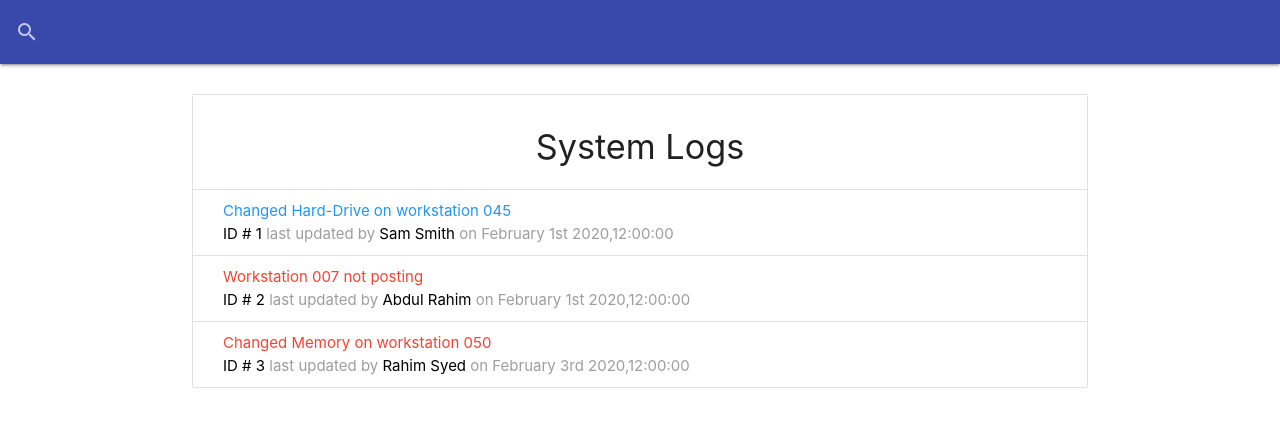
Repository: syedabdulrahim/IT_Logger
Page: /
The author's editor kept a copy of each file at every save. The page is drawn from the files as they stood at one save, then again after the next save.
The browser window is 1280 px wide. The pictures show the whole page.
The project was rebuilt for these pictures with package versions that can differ from the ones it lists, and the page was loaded fresh each time. Requests to the local data server were answered from the project's data file. Also part of the build but not shown: src/App.css.

Above is the page before, as saved 2020-10-29 23:55:27.

After the next save:
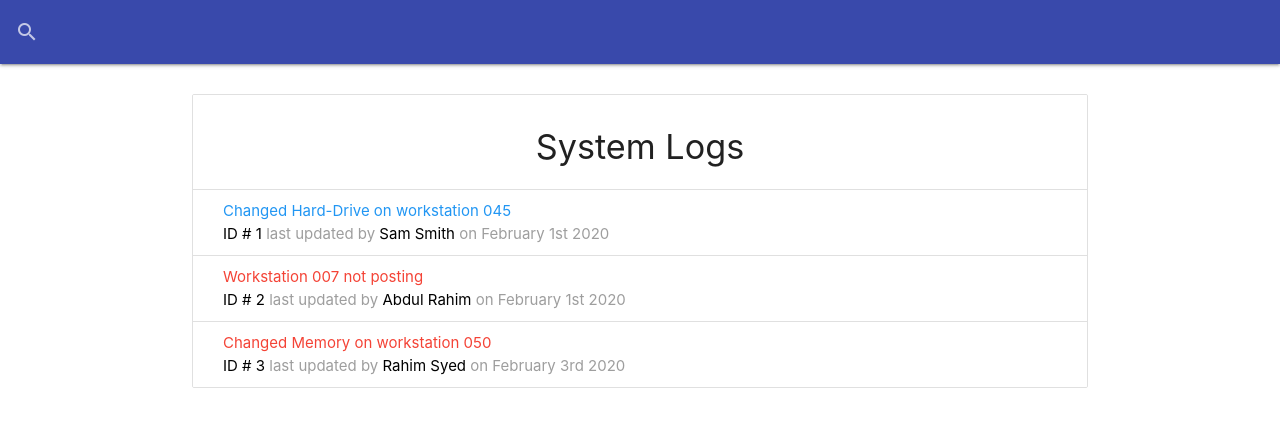
Saved 2 min 24 s later.
--- a/src/components/logs/LogItem.js
+++ b/src/components/logs/LogItem.js
@@ -17,7 +17,7 @@ const LogItem = ({log}) => {
                             <span className="black-text">ID # {log.id}</span>
                                {' '} {'last updated by'}
                             <span className="black-text">{' '}{log.tech}</span>{' '}
-                            on{' '} <Moment format="MMMM Do YYYY,h:mm:ss">{log.date}</Moment>
+                            on{' '} <Moment format="MMMM Do YYYY">{log.date}</Moment>
                     </span>
                 </div>
             </li>
